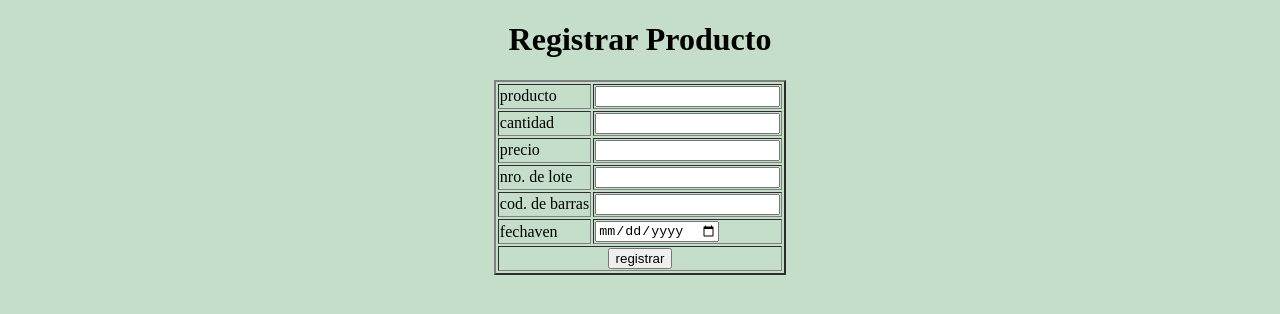
Repository: DannyVess/LPII_CL2_LEON
Page: http://localhost/LPII_CL2_LEONALMERCODANIEL/FrmRegistrarProveedor.jsp
These files come from the project's save history. The page is drawn as it stood at one moment and after the next save; the edit follows.
The browser window is 1280 px wide. The pictures show the whole page.
The page is served by Tomcat 9. Other server files are loaded and not shown.

Above is the page before, as saved 2025-02-10 00:51:21.

### LPII_CL2_LEONALMERCODANIEL/src/main/webapp/FrmRegistrarProveedor.jsp
<%@ page language="java" contentType="text/html; charset=ISO-8859-1"
    pageEncoding="ISO-8859-1"%>
<!DOCTYPE html PUBLIC "-//W3C//DTD HTML 4.01 Transitional//EN" "http://www.w3.org/TR/html4/loose.dtd">
<html>
<head>
<meta http-equiv="Content-Type" content="text/html; charset=ISO-8859-1">
<title>Registrar Producto</title>
</head>
<body bgcolor="#c5dec9">
<h1 align="center">Registrar Producto</h1>

<form method="post" action="ControladorProducto">
<table align="center" border="2">
<tr>
<td>producto</td>
<td><input type="text" name="producto"></td>
</tr>
<tr>
<td>cantidad</td>
<td><input type="text" name="cantidad"></td>
</tr>
<tr>
<td>precio</td>
<td><input type="text" name="precio"></td>
</tr>
<tr>
<td>nro. de lote</td>
<td><input type="text" name="lote"></td>
</tr>
<tr>
<td>cod. de barras</td>
<td><input type="text" name="codbarras"></td>
</tr>
<tr>
<td>fechaven</td>
<td><input  type="date" name="fechaven"></td>
</tr>
<tr>
<td colspan="2" align="center">
<input type="submit"  value="registrar"></td>
</tr>
</table>
</form>
</body>
</html>

After the next save:
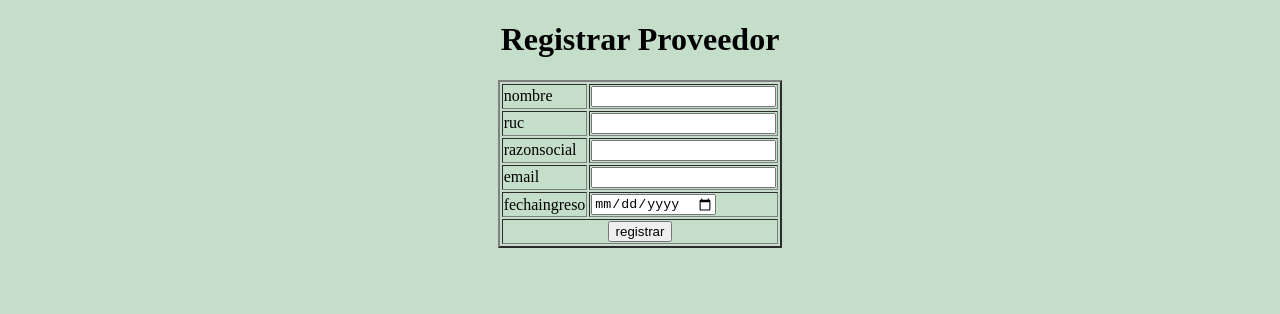
Saved 6 min 8 s later.
--- a/LPII_CL2_LEONALMERCODANIEL/src/main/webapp/FrmRegistrarProveedor.jsp
+++ b/LPII_CL2_LEONALMERCODANIEL/src/main/webapp/FrmRegistrarProveedor.jsp
@@ -4,36 +4,32 @@
 <html>
 <head>
 <meta http-equiv="Content-Type" content="text/html; charset=ISO-8859-1">
-<title>Registrar Producto</title>
+<title>Registrar Proveedor</title>
 </head>
 <body bgcolor="#c5dec9">
-<h1 align="center">Registrar Producto</h1>
+<h1 align="center">Registrar Proveedor</h1>
 
-<form method="post" action="ControladorProducto">
+<form method="post" action="ControladorProveedor">
 <table align="center" border="2">
 <tr>
-<td>producto</td>
-<td><input type="text" name="producto"></td>
+<td>nombre</td>
+<td><input type="text" name="nombre"></td>
 </tr>
 <tr>
-<td>cantidad</td>
-<td><input type="text" name="cantidad"></td>
+<td>ruc</td>
+<td><input type="text" name="ruc"></td>
 </tr>
 <tr>
-<td>precio</td>
-<td><input type="text" name="precio"></td>
+<td>razonsocial</td>
+<td><input type="text" name="razonsocial"></td>
 </tr>
 <tr>
-<td>nro. de lote</td>
-<td><input type="text" name="lote"></td>
+<td>email</td>
+<td><input type="text" name="email"></td>
 </tr>
 <tr>
-<td>cod. de barras</td>
-<td><input type="text" name="codbarras"></td>
-</tr>
-<tr>
-<td>fechaven</td>
-<td><input  type="date" name="fechaven"></td>
+<td>fechaingreso</td>
+<td><input  type="date" name="fechaingreso"></td>
 </tr>
 <tr>
 <td colspan="2" align="center">
